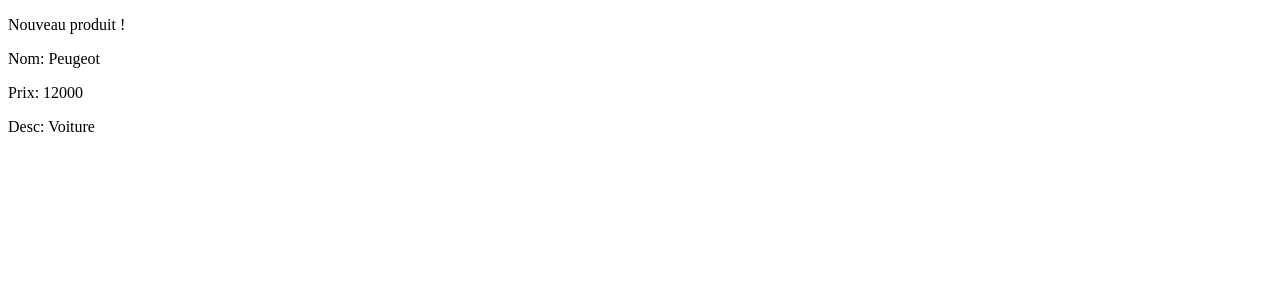
Repository: lemzoo/Formation_JEE
Page: http://localhost/TP_04__JSP_JavaBean/afficheProduit3.jsp
These files come from the project's save history. The page is drawn as it stood at one moment and after the next save; the edit follows.
The browser window is 1280 px wide. The pictures show the whole page.
The page is served by Tomcat 9.

Above is the page before, as saved 2016-06-21 09:33:14.

After the next save:
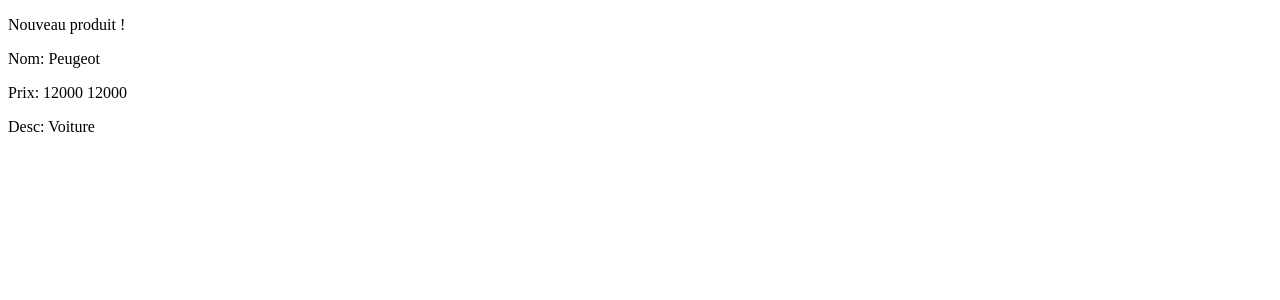
Saved 19 s later.
--- a/TP_04__JSP_JavaBean/src/main/webapp/afficheProduit3.jsp
+++ b/TP_04__JSP_JavaBean/src/main/webapp/afficheProduit3.jsp
@@ -18,6 +18,7 @@
 		<jsp:getProperty property="nom" name="produit"/>
 	<p>
 		Prix:
+		<jsp:getProperty property="prix" name="produit"/>
 		<%=produit.getPrix()%></p>
 	<p>
 		Desc:

After the save that followed:
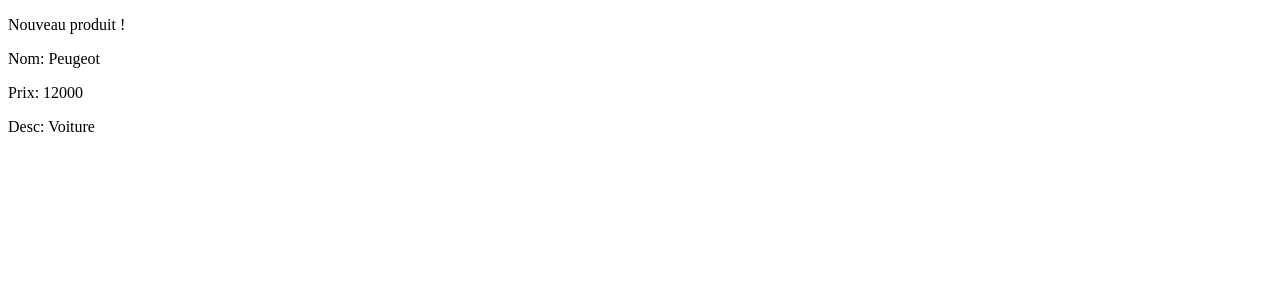
Saved 14 s later.
--- a/TP_04__JSP_JavaBean/src/main/webapp/afficheProduit3.jsp
+++ b/TP_04__JSP_JavaBean/src/main/webapp/afficheProduit3.jsp
@@ -16,10 +16,11 @@
 	<p>
 		Nom:
 		<jsp:getProperty property="nom" name="produit"/>
+	</p>
 	<p>
 		Prix:
 		<jsp:getProperty property="prix" name="produit"/>
-		<%=produit.getPrix()%></p>
+	</p>
 	<p>
 		Desc:
 		<%=produit.getDesc()%></p>
